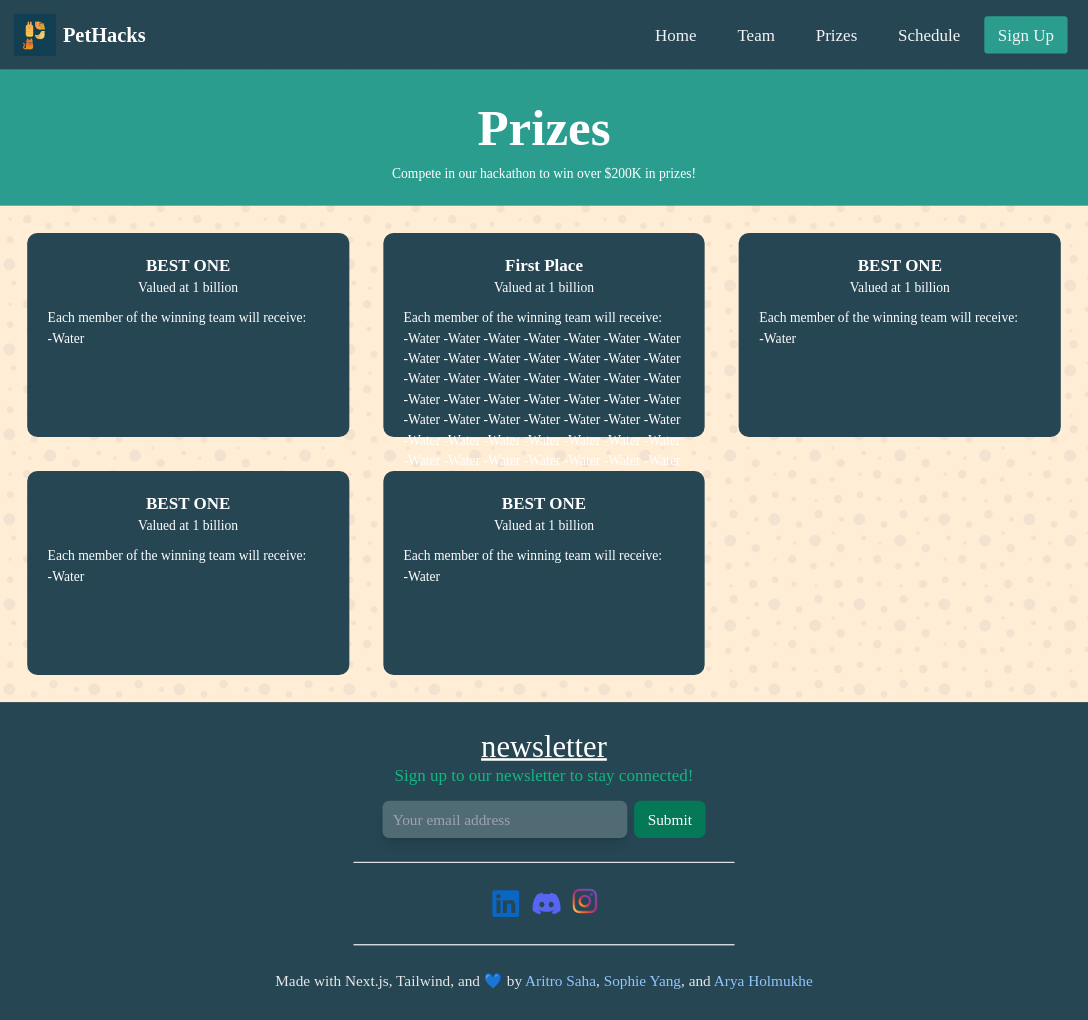
Repository: AritroSaha10/pethacks-website
Page: /prizes
The author's editor kept a copy of each file at every save. The page is drawn from the files as they stood at one save, then again after the next save.
The browser window is 1280 px wide. The pictures show the whole page, at 85% of full size.
Some web fonts or font styles are not loaded; a fallback is used. The project was rebuilt for these pictures with package versions that can differ from the ones it lists, and the page was loaded fresh each time. The framework's server and built-in components were replaced by stand-ins that run in the browser. Also part of the build but not shown: next.config.js.

Above is the page before, as saved 2022-09-10 09:52:49.

After the next save:
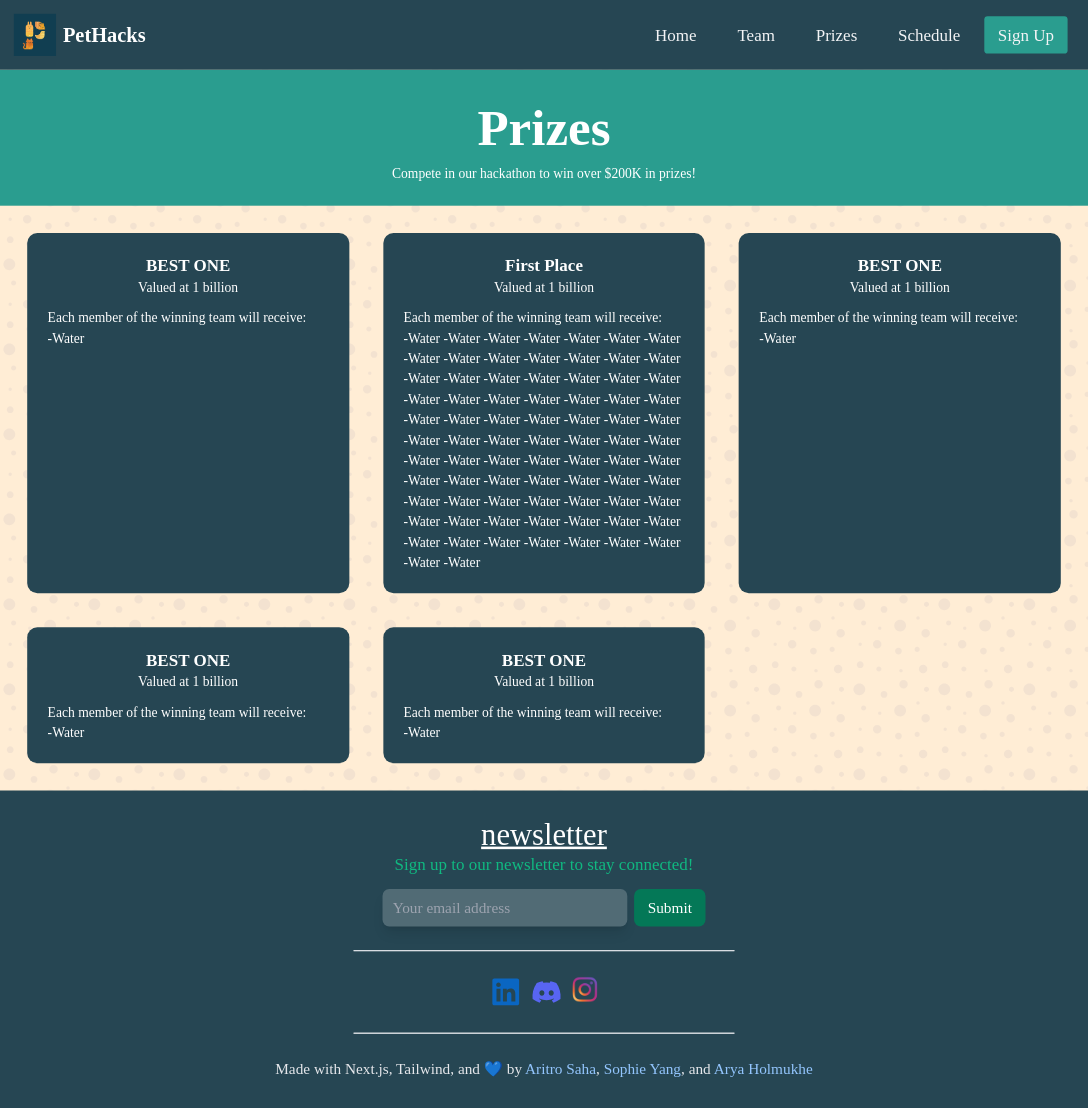
Saved 75 s later.
--- a/components/Prizes/Card.tsx
+++ b/components/Prizes/Card.tsx
@@ -4,7 +4,7 @@
 export default function Card ({title, valuation, info}: {title: string, valuation: string, info: string}) {
 
     return (
-        <div className="col-span-1 h-60 p-6 m-5 bg-pet-teal rounded-xl  text-white" >
+        <div className="col-span-1 h-m-60 p-6 m-5 bg-pet-teal rounded-xl  text-white" >
             <div className="text-center">
                 <h1 className="text-xl font-bold">{title}</h1>
                 <p className="pb-3">Valued at {valuation}</p>

After the 3 saves that followed:
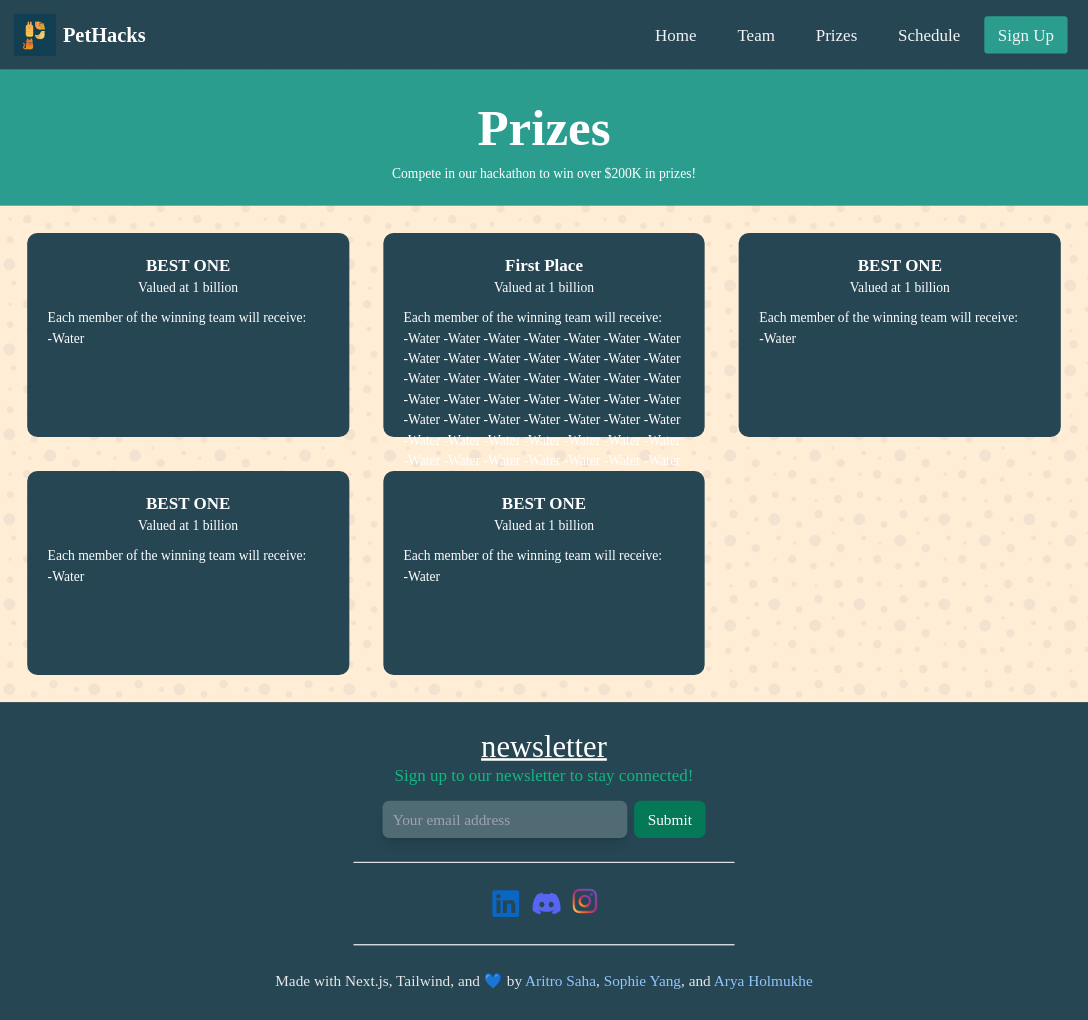
The 3 saves are shown as one change because 1 left the picture as it was and some came seconds apart.
The last was saved 47 s later.
--- a/components/Prizes/Card.tsx
+++ b/components/Prizes/Card.tsx
@@ -4,7 +4,7 @@
 export default function Card ({title, valuation, info}: {title: string, valuation: string, info: string}) {
 
     return (
-        <div className="col-span-1 h-m-60 p-6 m-5 bg-pet-teal rounded-xl  text-white" >
+        <div className="col-span-1 h-60 p-6 m-5 bg-pet-teal rounded-xl  text-white" >
             <div className="text-center">
                 <h1 className="text-xl font-bold">{title}</h1>
                 <p className="pb-3">Valued at {valuation}</p>
